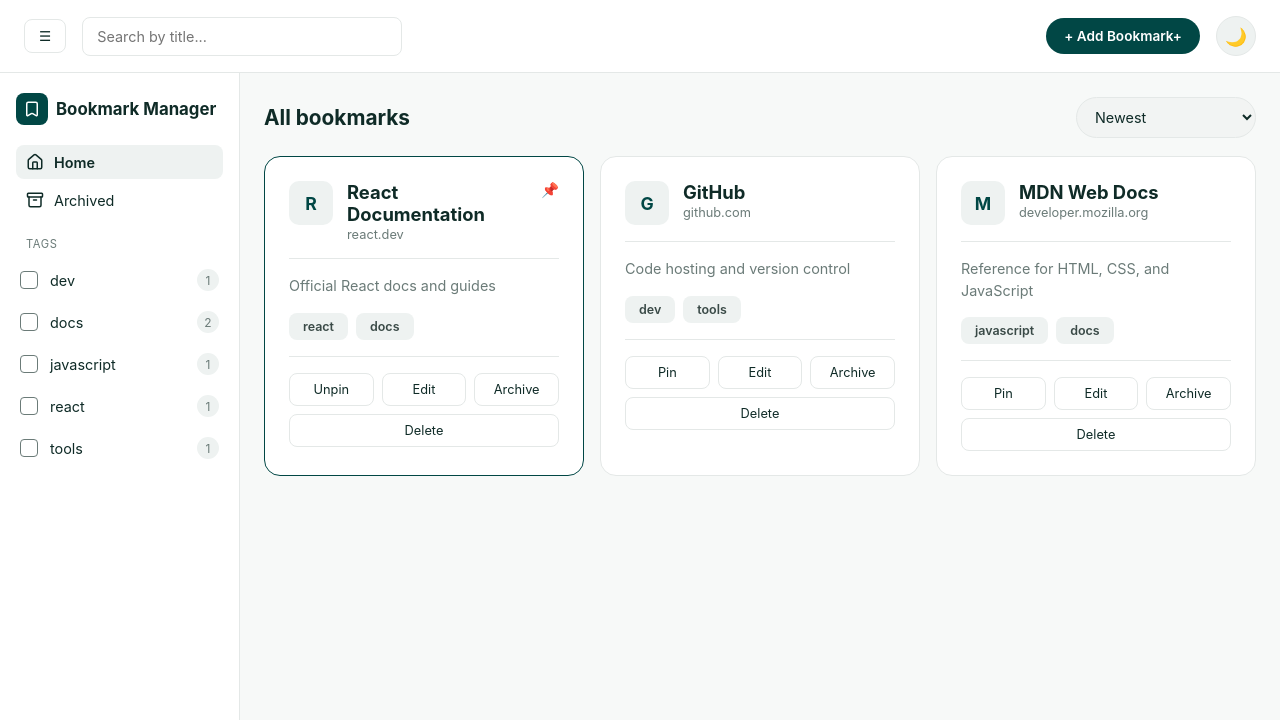
Repository: K0k1M4r/Big-Game-React
Page: /
The author's editor kept a copy of each file at every save. The page is drawn from the files as they stood at one save, then again after the next save.
The browser window is 1280 px wide. The pictures show the whole page.
The project was rebuilt for these pictures with package versions that can differ from the ones it lists, and the page was loaded fresh each time. Also part of the build but not shown: vite.config.js, src/components/Modal.jsx, src/components/BookmarkForm.jsx.

Above is the page before, as saved 2026-09-23 18:58:50.

### index.html
<!doctype html>
<html lang="en">
  <head>
    <meta charset="UTF-8" />
    <link rel="icon" type="image/svg+xml" href="/favicon.svg" />
    <meta name="viewport" content="width=device-width, initial-scale=1.0" />
    <title>bookmark-manager</title>
  </head>
  <body>
    <div id="root"></div>
    <script type="module" src="/src/main.jsx"></script>
  </body>
</html>

### src/index.css
/* ===== Reset & Base ===== */
* {
  box-sizing: border-box;
  margin: 0;
  padding: 0;
}

body {
  font-family: -apple-system, BlinkMacSystemFont, "Segoe UI", Roboto, Helvetica, Arial, sans-serif;
  background-color: var(--bg-color);
  color: var(--text-color);
  transition: background-color 0.2s, color 0.2s;
}

/* ===== Theme Variables ===== */
:root[data-theme="light"] {
  --bg-color: #f7f9f8;
  --sidebar-bg: #ffffff;
  --header-bg: #ffffff;
  --card-bg: #ffffff;
  --input-bg: #f2f4f3;
  --search-bg: #ffffff;
  --search-border: #e4e8e7;
  --text-color: #0f2b27;
  --muted-text: #6b7b78;
  --border-color: #e4e8e7;
  --tag-bg: #eef2f1;
  --tag-text: #3a4a47;
  --accent-color: #014745;
  --accent-hover: #026358;
  --error-color: #dc2626;
  --checkbox-border: #6b7b78;
  --nav-active-bg: #e8f0ee;
}

:root[data-theme="dark"] {
  --bg-color: #0c2622;
  --sidebar-bg: #001f1f;
  --header-bg: #001f1f;
  --card-bg: #0f3430;
  --input-bg: #123833;
  --search-bg: #002e2d;
  --search-border: #004241;
  --text-color: #f2f7f5;
  --muted-text: #9fb5b0;
  --border-color: #1c4d46;
  --tag-bg: #164039;
  --tag-text: #cfe6df;
  --accent-color: #014745;
  --accent-hover: #026358;
  --error-color: #f87171;
  --checkbox-border: #5a7a74;
  --nav-active-bg: #0d3a35;
}

button {
  font-family: inherit;
  cursor: pointer;
  border: 1px solid var(--border-color);
  background-color: var(--card-bg);
  color: var(--text-color);
  border-radius: 8px;
  padding: 8px 14px;
  font-size: 0.85rem;
  transition: background-color 0.15s, border-color 0.15s;
}

button:hover {
  filter: brightness(0.96);
}

input:not([type="checkbox"]),
textarea,
select {
  font-family: inherit;
  font-size: 0.9rem;
  padding: 10px 14px;
  border: 1px solid var(--border-color);
  border-radius: 10px;
  background-color: var(--input-bg);
  color: var(--text-color);
  width: 100%;
}

input:focus,
textarea:focus,
select:focus {
  outline: none;
  border-color: var(--accent-color);
}

/* ===== App Layout ===== */
.app {
  min-height: 100vh;
  display: flex;
  flex-direction: column;
}

.app-body {
  display: flex;
  flex: 1;
}

.logo-icon {
  display: inline-flex;
  align-items: center;
  justify-content: center;
  width: 32px;
  height: 32px;
  background-color: var(--accent-color);
  border-radius: 8px;
  color: #ffffff;
}

/* ===== Sidebar ===== */
.sidebar {
  width: 240px;
  flex-shrink: 0;
  background-color: var(--sidebar-bg);
  border-right: 1px solid var(--border-color);
  padding: 20px 16px;
  display: flex;
  flex-direction: column;
  gap: 4px;
}

.sidebar-logo {
  font-weight: 700;
  font-size: 1.05rem;
  margin-bottom: 16px;
  display: flex;
  align-items: center;
  gap: 8px;
}

.sidebar > button {
  display: flex;
  align-items: center;
  gap: 10px;
  border: none;
  background: transparent;
  text-align: left;
  width: 100%;
  padding: 8px 10px;
  border-radius: 8px;
  font-size: 0.9rem;
  color: var(--text-color);
}

.sidebar button.active {
  background-color: var(--tag-bg);
  font-weight: 600;
}

.sidebar-tags-label {
  font-size: 0.7rem;
  text-transform: uppercase;
  letter-spacing: 0.05em;
  color: var(--muted-text);
  margin: 16px 0 6px 10px;
}

.sidebar-tags {
  display: flex;
  flex-direction: column;
  gap: 4px;
}

.sidebar-tag {
  display: flex;
  align-items: center;
  gap: 12px;
  padding: 8px 4px;
  border-radius: 8px;
  cursor: pointer;
  font-size: 0.9rem;
}

.sidebar-tag:hover {
  background-color: var(--tag-bg);
}

.sidebar-tag input[type="checkbox"] {
  width: 18px;
  height: 18px;
  margin: 0;
  flex-shrink: 0;
  appearance: none;
  -webkit-appearance: none;
  border: 1.5px solid var(--checkbox-border);
  border-radius: 4px;
  background-color: transparent;
  cursor: pointer;
  position: relative;
}

.sidebar-tag input[type="checkbox"]:checked {
  background-color: var(--accent-color);
  border-color: var(--accent-color);
}

.sidebar-tag input[type="checkbox"]:checked::after {
  content: "";
  position: absolute;
  left: 5px;
  top: 1px;
  width: 5px;
  height: 10px;
  border: solid white;
  border-width: 0 2px 2px 0;
  transform: rotate(45deg);
}

.tag-name {
  flex: 1;
  color: var(--text-color);
}

.tag-count {
  margin-left: auto;
  min-width: 22px;
  height: 22px;
  display: flex;
  align-items: center;
  justify-content: center;
  font-size: 0.75rem;
  color: var(--muted-text);
  background-color: var(--tag-bg);
  border-radius: 999px;
  padding: 0 6px;
}

/* ===== Header ===== */
.app-header {
  display: flex;
  align-items: center;
  gap: 16px;
  background-color: var(--header-bg);
  border-bottom: 1px solid var(--border-color);
  padding: 16px 24px;
}

input.search-bar {
  width: 320px;
  flex: 0 0 320px;
  border-radius: 8px;
  background-color: var(--search-bg);
  border: 1px solid var(--search-border);
}

.add-bookmark-btn {
  margin-left: auto;
  background-color: var(--accent-color);
  color: #ffffff;
  border: none;
  border-radius: 999px;
  padding: 10px 18px;
  font-weight: 600;
  white-space: nowrap;
  flex-shrink: 0;
}

.add-bookmark-btn:hover {
  background-color: var(--accent-hover);
}

.theme-avatar-btn {
  width: 40px;
  height: 40px;
  border-radius: 50%;
  display: flex;
  align-items: center;
  justify-content: center;
  background-color: var(--tag-bg);
  border: 1px solid var(--border-color);
  font-size: 1.1rem;
  flex-shrink: 0;
  padding: 0;
}

/* ===== Main Content ===== */
.app-main {
  flex: 1;
  padding: 24px;
  display: flex;
  flex-direction: column;
  gap: 18px;
}

.content-header {
  display: flex;
  align-items: center;
  justify-content: space-between;
  gap: 12px;
}

.content-header h2 {
  font-size: 1.3rem;
  font-weight: 700;
}

.sort-select {
  max-width: 180px;
  border-radius: 999px;
}

/* ===== Bookmark List & Card ===== */
.bookmark-list {
  display: grid;
  grid-template-columns: repeat(auto-fill, minmax(270px, 1fr));
  gap: 16px;
}

.bookmark-card {
  position: relative;
  background-color: var(--card-bg);
  border: 1px solid var(--border-color);
  border-radius: 16px;
  padding: 24px;
  display: flex;
  flex-direction: column;
  gap: 16px;
}

.bookmark-card.pinned {
  border-color: var(--accent-color);
}

.bookmark-card-header {
  display: flex;
  align-items: flex-start;
  gap: 14px;
}

.bookmark-favicon {
  flex-shrink: 0;
  width: 44px;
  height: 44px;
  border-radius: 10px;
  background-color: var(--tag-bg);
  color: var(--accent-color);
  display: flex;
  align-items: center;
  justify-content: center;
  font-weight: 700;
  font-size: 1.1rem;
}

.bookmark-title-group {
  flex: 1;
  min-width: 0;
}

.bookmark-card h3 {
  font-size: 1.15rem;
  font-weight: 700;
  margin-bottom: 2px;
}

.bookmark-domain {
  font-size: 0.8rem;
  color: var(--muted-text);
}

.pin-badge {
  font-size: 0.9rem;
  flex-shrink: 0;
}

.bookmark-divider {
  height: 1px;
  background-color: var(--border-color);
}

.bookmark-card .description {
  font-size: 0.9rem;
  color: var(--muted-text);
  line-height: 1.5;
}

.tag-list {
  display: flex;
  flex-wrap: wrap;
  gap: 8px;
  list-style: none;
}

.tag {
  background-color: var(--tag-bg);
  color: var(--tag-text);
  font-size: 0.78rem;
  font-weight: 600;
  padding: 6px 14px;
  border-radius: 8px;
}

.card-actions {
  display: flex;
  flex-wrap: wrap;
  gap: 8px;
}

.card-actions button {
  flex: 1;
  min-width: 70px;
  font-size: 0.8rem;
  padding: 8px 10px;
  border-radius: 8px;
}

.archived-label {
  position: absolute;
  bottom: 14px;
  right: 14px;
  font-size: 0.7rem;
  color: var(--muted-text);
  font-style: italic;
}

/* ===== Empty / Loading States ===== */
.empty-state {
  text-align: center;
  color: var(--muted-text);
  padding: 60px 20px;
  font-size: 1rem;
}

/* ===== Modal ===== */
.modal-overlay {
  position: fixed;
  inset: 0;
  background-color: rgba(0, 0, 0, 0.5);
  display: flex;
  align-items: center;
  justify-content: center;
  z-index: 100;
  padding: 16px;
}

.modal-content {
  position: relative;
  background-color: var(--card-bg);
  border: 1px solid var(--border-color);
  border-radius: 16px;
  padding: 26px;
  width: 100%;
  max-width: 420px;
  max-height: 90vh;
  overflow-y: auto;
}

.modal-close {
  position: absolute;
  top: 12px;
  right: 12px;
  border: none;
  background: transparent;
  font-size: 1rem;
  padding: 4px 8px;
}

/* ===== Bookmark Form ===== */
.bookmark-form {
  display: flex;
  flex-direction: column;
  gap: 14px;
}

.form-field {
  display: flex;
  flex-direction: column;
  gap: 4px;
}

.form-field textarea {
  resize: vertical;
  min-height: 70px;
  border-radius: 10px;
}

.error {
  color: var(--error-color);
  font-size: 0.8rem;
}

.bookmark-form button[type="submit"] {
  background-color: var(--accent-color);
  color: #ffffff;
  border-color: var(--accent-color);
  padding: 10px;
  border-radius: 999px;
  font-weight: 600;
}

/* ===== Responsive ===== */
@media (max-width: 768px) {
  .app-body {
    flex-direction: column;
  }

  .sidebar {
    width: 100%;
    flex-direction: row;
    flex-wrap: wrap;
    overflow-x: auto;
    border-right: none;
    border-bottom: 1px solid var(--border-color);
    padding: 12px 16px;
  }

  .sidebar button {
    width: auto;
    white-space: nowrap;
  }

  .app-header {
    flex-wrap: wrap;
  }

  input.search-bar {
    width: 100%;
    flex: 1 1 100%;
  }

  .add-bookmark-btn {
    margin-left: 0;
  }

  .app-main {
    padding: 16px;
  }

  .bookmark-list {
    grid-template-columns: 1fr;
  }

  .content-header {
    flex-wrap: wrap;
  }

  .sort-select {
    max-width: 100%;
  }
}

### src/App.jsx
import { useState, useEffect } from "react";
import Header from "./components/Layout/Header";
import Sidebar from "./components/Layout/Sidebar";
import SortSelect from "./components/SortSelect";
import BookmarkList from "./components/BookmarkList";
import Modal from "./components/Modal";
import BookmarkForm from "./components/BookmarkForm";

function App() {
  const [bookmarks, setBookmarks] = useState([]);
  const [isLoading, setIsLoading] = useState(true);
  const [isModalOpen, setIsModalOpen] = useState(false);
  const [editingBookmark, setEditingBookmark] = useState(null);
  const [currentView, setCurrentView] = useState("all");
  const [searchTerm, setSearchTerm] = useState("");
  const [selectedTag, setSelectedTag] = useState("All");
  const [sortOption, setSortOption] = useState("newest");
  const [isSidebarOpen, setIsSidebarOpen] = useState(false);
  const [theme, setTheme] = useState(
    () => localStorage.getItem("theme") || "light"
  );

  // Initial load: localStorage first, fallback to bookmarks.json
  useEffect(() => {
    const stored = localStorage.getItem("bookmarks");

    if (stored) {
      setTimeout(() => {
        setBookmarks(JSON.parse(stored));
        setIsLoading(false);
      }, 800);
    } else {
      fetch("/data/bookmarks.json")
        .then((res) => res.json())
        .then((data) => {
          setTimeout(() => {
            setBookmarks(data);
            setIsLoading(false);
          }, 800);
        })
        .catch((err) => {
          console.error("Failed to load bookmarks:", err);
          setIsLoading(false);
        });
    }
  }, []);

  // Sync bookmarks to localStorage whenever they change (after initial load)
  useEffect(() => {
    if (!isLoading) {
      localStorage.setItem("bookmarks", JSON.stringify(bookmarks));
    }
  }, [bookmarks, isLoading]);

  // Sync theme to localStorage + apply to document
  useEffect(() => {
    localStorage.setItem("theme", theme);
    document.documentElement.setAttribute("data-theme", theme);
  }, [theme]);

  function toggleTheme() {
    setTheme((prev) => (prev === "light" ? "dark" : "light"));
  }

  function handleAddBookmark(newBookmark) {
    setBookmarks((prev) => [...prev, newBookmark]);
    closeModal();
  }

  function handleUpdateBookmark(updatedBookmark) {
    setBookmarks((prev) =>
      prev.map((b) => (b.id === updatedBookmark.id ? updatedBookmark : b))
    );
    closeModal();
  }

  function handleDeleteBookmark(id) {
    const confirmed = window.confirm("Delete this bookmark?");
    if (!confirmed) return;
    setBookmarks((prev) => prev.filter((b) => b.id !== id));
  }

  function handleTogglePin(id) {
    setBookmarks((prev) =>
      prev.map((b) => (b.id === id ? { ...b, pinned: !b.pinned } : b))
    );
  }

  function handleToggleArchive(id) {
    setBookmarks((prev) =>
      prev.map((b) => (b.id === id ? { ...b, archived: !b.archived } : b))
    );
  }

  function openAddModal() {
    setEditingBookmark(null);
    setIsModalOpen(true);
  }

  function openEditModal(bookmark) {
    setEditingBookmark(bookmark);
    setIsModalOpen(true);
  }

  function closeModal() {
    setIsModalOpen(false);
    setEditingBookmark(null);
  }

  function handleChangeView(view) {
    setCurrentView(view);
    setIsSidebarOpen(false);
  }

  function handleSelectTag(tag) {
    setSelectedTag(tag);
    setIsSidebarOpen(false);
  }

  const viewFiltered = bookmarks.filter((b) =>
    currentView === "archived" ? b.archived : !b.archived
  );

  const searchFiltered = viewFiltered.filter((b) => {
    const term = searchTerm.trim().toLowerCase();
    if (!term) return true;
    return (
      b.title.toLowerCase().includes(term) ||
      b.description.toLowerCase().includes(term)
    );
  });

  const tagFiltered = searchFiltered.filter((b) =>
    selectedTag === "All" ? true : b.tags.includes(selectedTag)
  );

  const sorted = [...tagFiltered].sort((a, b) => {
    if (a.pinned !== b.pinned) return a.pinned ? -1 : 1;

    switch (sortOption) {
      case "newest":
        return new Date(b.createdAt) - new Date(a.createdAt);
      case "oldest":
        return new Date(a.createdAt) - new Date(b.createdAt);
      case "az":
        return a.title.localeCompare(b.title);
      case "za":
        return b.title.localeCompare(a.title);
      default:
        return 0;
    }
  });

  // Tag counts based on the current view (all vs archived)
  const tagCounts = {};
  viewFiltered.forEach((b) => {
    b.tags.forEach((tag) => {
      tagCounts[tag] = (tagCounts[tag] || 0) + 1;
    });
  });
  const tagsWithCounts = Object.keys(tagCounts)
    .sort()
    .map((name) => ({ name, count: tagCounts[name] }));

  const visibleBookmarks = sorted;

  return (
    <div className="app">
      <Header
        theme={theme}
        onToggleTheme={toggleTheme}
        searchTerm={searchTerm}
        onSearchChange={setSearchTerm}
        onAddClick={openAddModal}
        onMenuClick={() => setIsSidebarOpen((prev) => !prev)}
      />
      <div className="app-body">
        <Sidebar
          currentView={currentView}
          onChangeView={handleChangeView}
          tags={tagsWithCounts}
          selectedTag={selectedTag}
          onSelectTag={handleSelectTag}
          isOpen={isSidebarOpen}
        />
        <main className="app-main">
          <div className="content-header">
            <h2>{currentView === "archived" ? "Archived" : "All bookmarks"}</h2>
            <SortSelect sortOption={sortOption} onSortChange={setSortOption} />
          </div>

          {isLoading ? (
            <p>Loading bookmarks...</p>
          ) : (
            <BookmarkList
              bookmarks={visibleBookmarks}
              onEdit={openEditModal}
              onDelete={handleDeleteBookmark}
              onTogglePin={handleTogglePin}
              onToggleArchive={handleToggleArchive}
              currentView={currentView}
              searchTerm={searchTerm}
            />
          )}
        </main>
      </div>

      {isModalOpen && (
        <Modal onClose={closeModal}>
          <BookmarkForm
            key={editingBookmark ? editingBookmark.id : "new"}
            initialData={editingBookmark}
            onSave={editingBookmark ? handleUpdateBookmark : handleAddBookmark}
          />
        </Modal>
      )}
    </div>
  );
}

export default App;

### src/components/Layout/Header.jsx
import SearchBar from "../SearchBar";

function Header({ theme, onToggleTheme, searchTerm, onSearchChange, onAddClick, onMenuClick }) {
  return (
    <header className="app-header">
      <button className="menu-btn" onClick={onMenuClick} aria-label="Toggle menu">
        ☰
      </button>

      <SearchBar searchTerm={searchTerm} onSearchChange={onSearchChange} />

      <button className="add-bookmark-btn" onClick={onAddClick}>
        <span className="add-bookmark-text">+ Add Bookmark</span>
        <span className="add-bookmark-icon">+</span>
      </button>

      <button
        className="theme-avatar-btn"
        onClick={onToggleTheme}
        title="Toggle theme"
      >
        {theme === "light" ? "🌙" : "☀️"}
      </button>
    </header>
  );
}

export default Header;

### src/components/Layout/Sidebar.jsx
import { Bookmark, Home, Archive } from "lucide-react";

function Sidebar({ currentView, onChangeView, tags, selectedTag, onSelectTag }) {
  return (
    <nav className="sidebar">
      <div className="sidebar-logo">
        <span className="logo-icon"><Bookmark size={18} /></span>
        Bookmark Manager
      </div>

      <button
        className={currentView === "all" ? "active" : ""}
        onClick={() => onChangeView("all")}
      >
        <Home size={18} /> Home
      </button>
      <button
        className={currentView === "archived" ? "active" : ""}
        onClick={() => onChangeView("archived")}
      >
        <Archive size={18} /> Archived
      </button>

      <p className="sidebar-tags-label">Tags</p>

      <div className="sidebar-tags">
        {tags.map(({ name, count }) => (
          <label key={name} className="sidebar-tag">
            <input
              type="checkbox"
              checked={selectedTag === name}
              onChange={() =>
                onSelectTag(selectedTag === name ? "All" : name)
              }
            />
            <span className="tag-name">{name}</span>
            <span className="tag-count">{count}</span>
          </label>
        ))}
      </div>
    </nav>
  );
}

export default Sidebar;

### src/components/SortSelect.jsx
function SortSelect({ sortOption, onSortChange }) {
  return (
    <select
      className="sort-select"
      value={sortOption}
      onChange={(e) => onSortChange(e.target.value)}
    >
      <option value="newest">Newest</option>
      <option value="oldest">Oldest</option>
      <option value="az">A-Z</option>
      <option value="za">Z-A</option>
    </select>
  );
}

export default SortSelect;

### src/components/BookmarkList.jsx
import BookmarkCard from "./BookmarkCard";

function BookmarkList({ bookmarks, onEdit, onDelete, onTogglePin, onToggleArchive, currentView, searchTerm }) {
  if (bookmarks.length === 0) {
    let message = "No bookmarks yet. Add one to get started!";

    if (searchTerm.trim()) {
      message = `No bookmarks match "${searchTerm}".`;
    } else if (currentView === "archived") {
      message = "No archived bookmarks.";
    }

    return <p className="empty-state">{message}</p>;
  }

  return (
    <div className="bookmark-list">
      {bookmarks.map((bookmark) => (
        <BookmarkCard
          key={bookmark.id}
          bookmark={bookmark}
          onEdit={onEdit}
          onDelete={onDelete}
          onTogglePin={onTogglePin}
          onToggleArchive={onToggleArchive}
        />
      ))}
    </div>
  );
}

export default BookmarkList;

### src/components/SearchBar.jsx
function SearchBar({ searchTerm, onSearchChange }) {
  return (
    <input
      type="text"
      placeholder="Search by title..."
      className="search-bar"
      value={searchTerm}
      onChange={(e) => onSearchChange(e.target.value)}
    />
  );
}

export default SearchBar;

### src/components/BookmarkCard.jsx
import TagList from "./TagList";

function getInitial(title) {
  return title.charAt(0).toUpperCase();
}

function BookmarkCard({ bookmark, onEdit, onDelete, onTogglePin, onToggleArchive }) {
  let domain = "";
  try {
    domain = new URL(bookmark.url).hostname.replace("www.", "");
  } catch {
    domain = bookmark.url;
  }

  return (
    <div className={`bookmark-card ${bookmark.pinned ? "pinned" : ""}`}>
      <div className="bookmark-card-header">
        <div className="bookmark-favicon">{getInitial(bookmark.title)}</div>
        <div className="bookmark-title-group">
          <h3>{bookmark.title}</h3>
          <p className="bookmark-domain">{domain}</p>
        </div>
        {bookmark.pinned && <span className="pin-badge">📌</span>}
      </div>

      <div className="bookmark-divider" />

      <p className="description">{bookmark.description}</p>

      <TagList tags={bookmark.tags} />

      <div className="bookmark-divider" />

      <div className="card-actions">
        <button onClick={() => onTogglePin(bookmark.id)}>
          {bookmark.pinned ? "Unpin" : "Pin"}
        </button>
        <button onClick={() => onEdit(bookmark)}>Edit</button>
        <button onClick={() => onToggleArchive(bookmark.id)}>
          {bookmark.archived ? "Restore" : "Archive"}
        </button>
        <button onClick={() => onDelete(bookmark.id)}>Delete</button>
      </div>
    </div>
  );
}

export default BookmarkCard;

### src/components/TagList.jsx
function TagList({ tags }) {
  return (
    <ul className="tag-list">
      {tags.map((tag) => (
        <li key={tag} className="tag">{tag}</li>
      ))}
    </ul>
  );
}

export default TagList

### public/data/bookmarks.json
[
  {
    "id": "1",
    "title": "React Documentation",
    "url": "https://react.dev",
    "description": "Official React docs and guides",
    "tags": ["react", "docs"],
    "pinned": true,
    "archived": false,
    "favorite": false,
    "createdAt": "2026-01-10T10:00:00.000Z"
  },
  {
    "id": "2",
    "title": "MDN Web Docs",
    "url": "https://developer.mozilla.org",
    "description": "Reference for HTML, CSS, and JavaScript",
    "tags": ["javascript", "docs"],
    "pinned": false,
    "archived": false,
    "favorite": false,
    "createdAt": "2026-01-12T14:30:00.000Z"
  },
  {
    "id": "3",
    "title": "Old Design Inspiration",
    "url": "https://dribbble.com",
    "description": "UI inspiration site",
    "tags": ["design"],
    "pinned": false,
    "archived": true,
    "favorite": false,
    "createdAt": "2026-01-05T09:15:00.000Z"
  },
  {
    "id": "4",
    "title": "GitHub",
    "url": "https://github.com",
    "description": "Code hosting and version control",
    "tags": ["dev", "tools"],
    "pinned": false,
    "archived": false,
    "favorite": true,
    "createdAt": "2026-01-15T08:00:00.000Z"
  }
]

Loaded but not shown: src/main.jsx (common file)

After the next save:
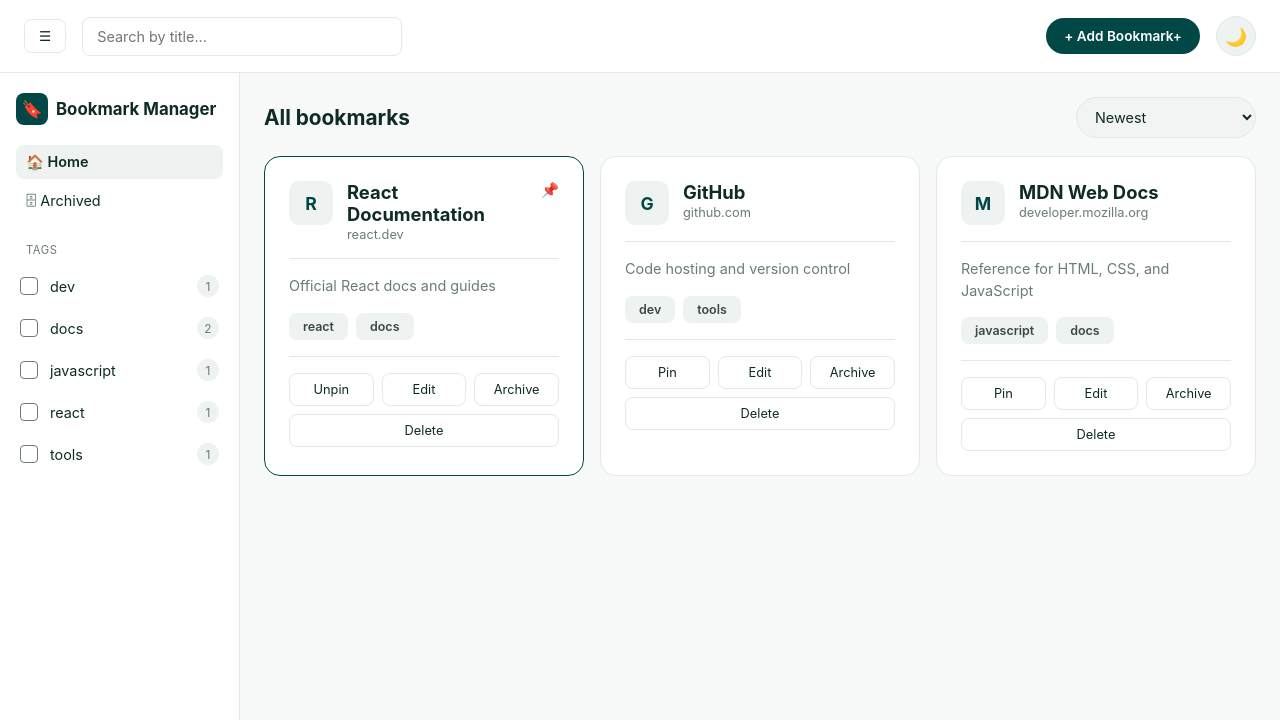
Saved 24 s later.
--- a/src/components/Layout/Sidebar.jsx
+++ b/src/components/Layout/Sidebar.jsx
@@ -1,10 +1,8 @@
-import { Bookmark, Home, Archive } from "lucide-react";
-
-function Sidebar({ currentView, onChangeView, tags, selectedTag, onSelectTag }) {
+function Sidebar({ currentView, onChangeView, tags, selectedTag, onSelectTag, isOpen }) {
   return (
-    <nav className="sidebar">
+    <nav className={`sidebar ${isOpen ? "sidebar-open" : ""}`}>
       <div className="sidebar-logo">
-        <span className="logo-icon"><Bookmark size={18} /></span>
+        <span className="logo-icon">🔖</span>
         Bookmark Manager
       </div>
 
@@ -12,13 +10,13 @@
         className={currentView === "all" ? "active" : ""}
         onClick={() => onChangeView("all")}
       >
-        <Home size={18} /> Home
+        🏠 Home
       </button>
       <button
         className={currentView === "archived" ? "active" : ""}
         onClick={() => onChangeView("archived")}
       >
-        <Archive size={18} /> Archived
+        🗄 Archived
       </button>
 
       <p className="sidebar-tags-label">Tags</p>
